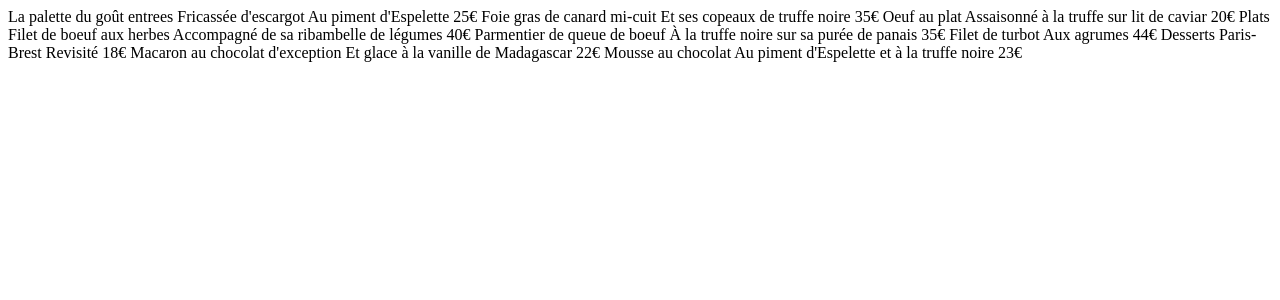
Repository: lysianebo/OHMYFOOD
Page: la_palette_du_goût.html
These files come from the project's save history. The page is drawn as it stood at one moment and after the next save; the edit follows.
The browser window is 1280 px wide. The pictures show the whole page.

Above is the page before, as saved 2022-10-22 15:14:03.

### la_palette_du_goût.html
<!DOCTYPE html>
<html lang="en">
<head>
    <meta charset="UTF-8">
    <meta http-equiv="X-UA-Compatible" content="IE=edge">
    <meta name="viewport" content="width=device-width, initial-scale=1.0">
    <title>Document</title>
</head>
<body>
    La palette du goût

    entrees
    Fricassée d'escargot
    Au piment d'Espelette
    25€

    Foie gras de canard mi-cuit
    Et ses copeaux de truffe noire
    35€

    Oeuf au plat
    Assaisonné à la truffe sur lit de caviar
    20€


    Plats
    Filet de boeuf aux herbes
    Accompagné de sa ribambelle de légumes
    40€

    Parmentier de queue de boeuf
    À la truffe noire sur sa purée de panais
    35€

    Filet de turbot
    Aux agrumes
    44€

    Desserts
    Paris-Brest
    Revisité
    18€

    Macaron au chocolat d'exception
    Et glace à la vanille de Madagascar
    22€

    Mousse au chocolat
    Au piment d'Espelette et à la truffe noire
    23€

</body>
</html>

After the next save:
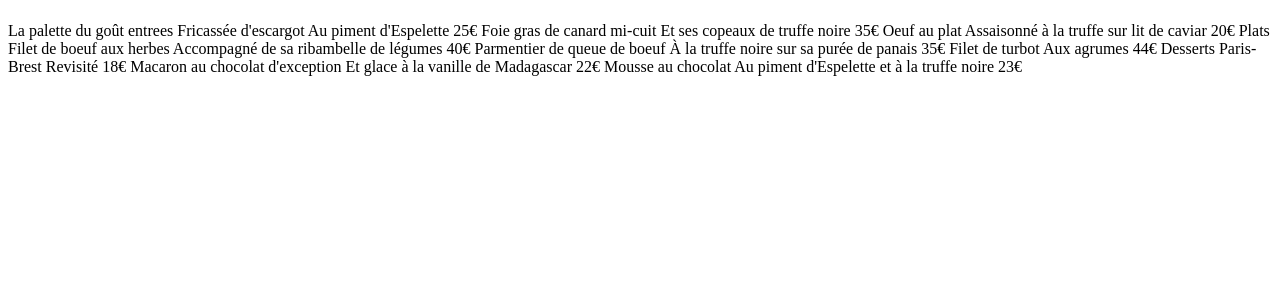
Saved 13 s later.
--- a/la_palette_du_goût.html
+++ b/la_palette_du_goût.html
@@ -7,7 +7,7 @@
     <title>Document</title>
 </head>
 <body>
-    La palette du goût
+     <h5></h5>La palette du goût
 
     entrees
     Fricassée d'escargot

After the save that followed:
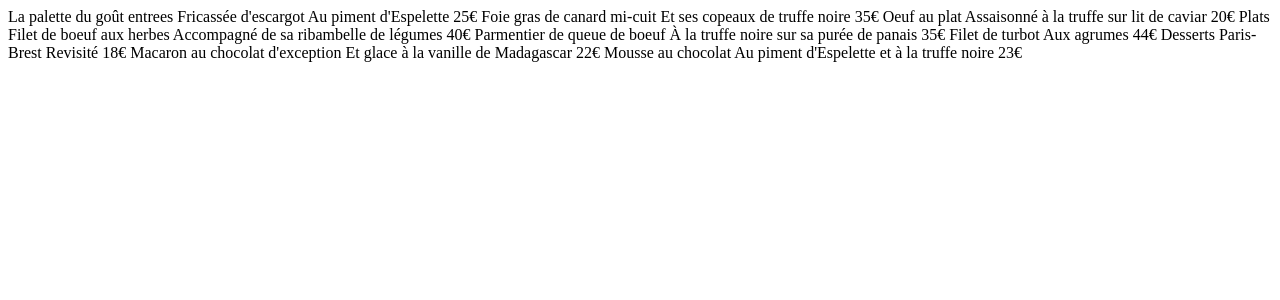
Saved 11 s later.
--- a/la_palette_du_goût.html
+++ b/la_palette_du_goût.html
@@ -7,7 +7,7 @@
     <title>Document</title>
 </head>
 <body>
-     <h5></h5>La palette du goût
+    La palette du goût
 
     entrees
     Fricassée d'escargot
